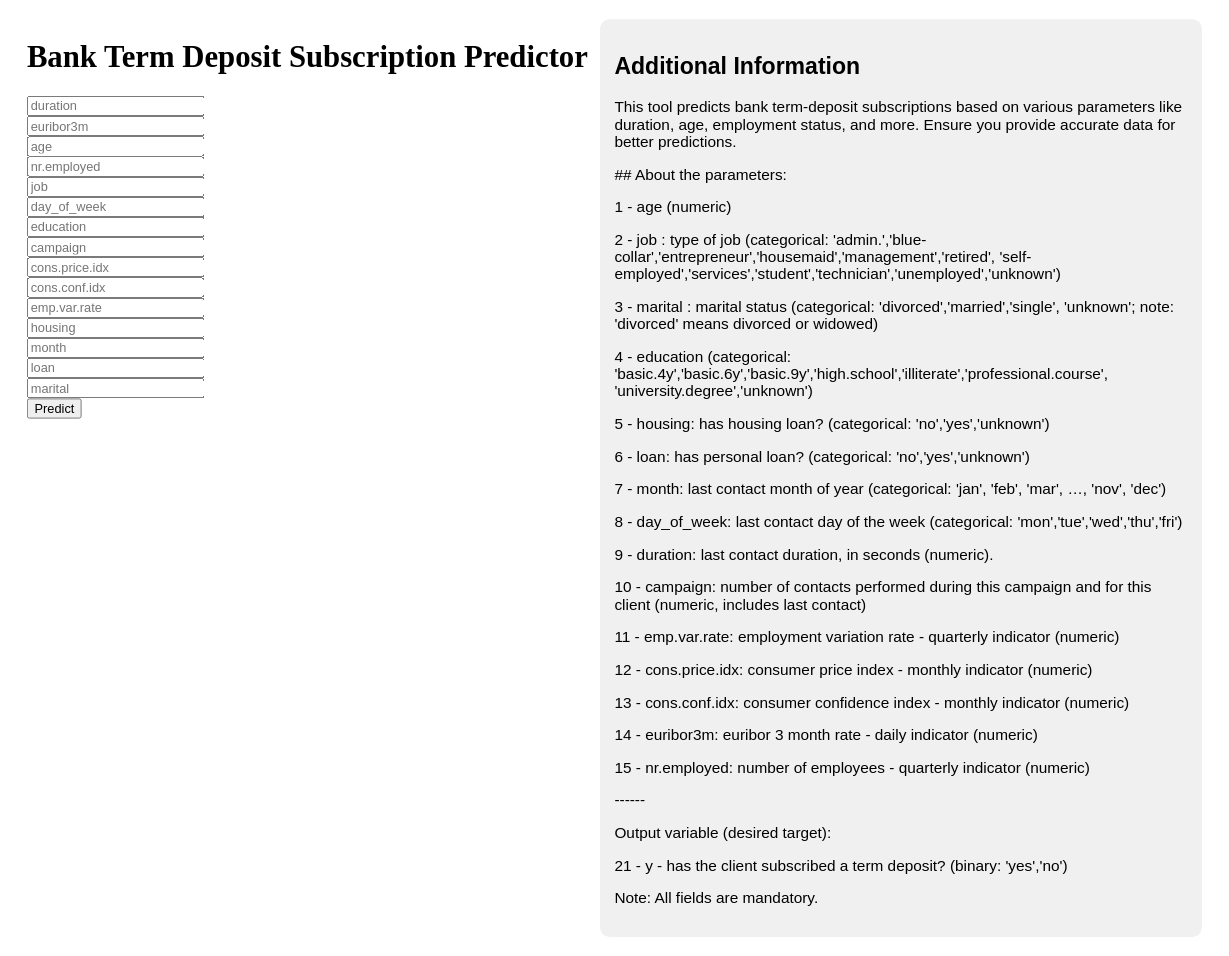
Repository: sameerhussain6/End-to-End-ML-Bank-term-Prediction
Page: templates/home.html
An editor plug-in stored every save of this project. The page is shown before and after the next save, followed by the edit.
The browser window is 1280 px wide. The pictures show the whole page, at 96% of full size.
Some web fonts or font styles are not loaded; a fallback is used. The template is drawn by Flask 3. The application's start-up code is not run. The template is opened directly, without the code that normally fills it, so the values that code supplies are empty.

Above is the page before, as saved 2025-01-31 19:36:44.

After the next save:
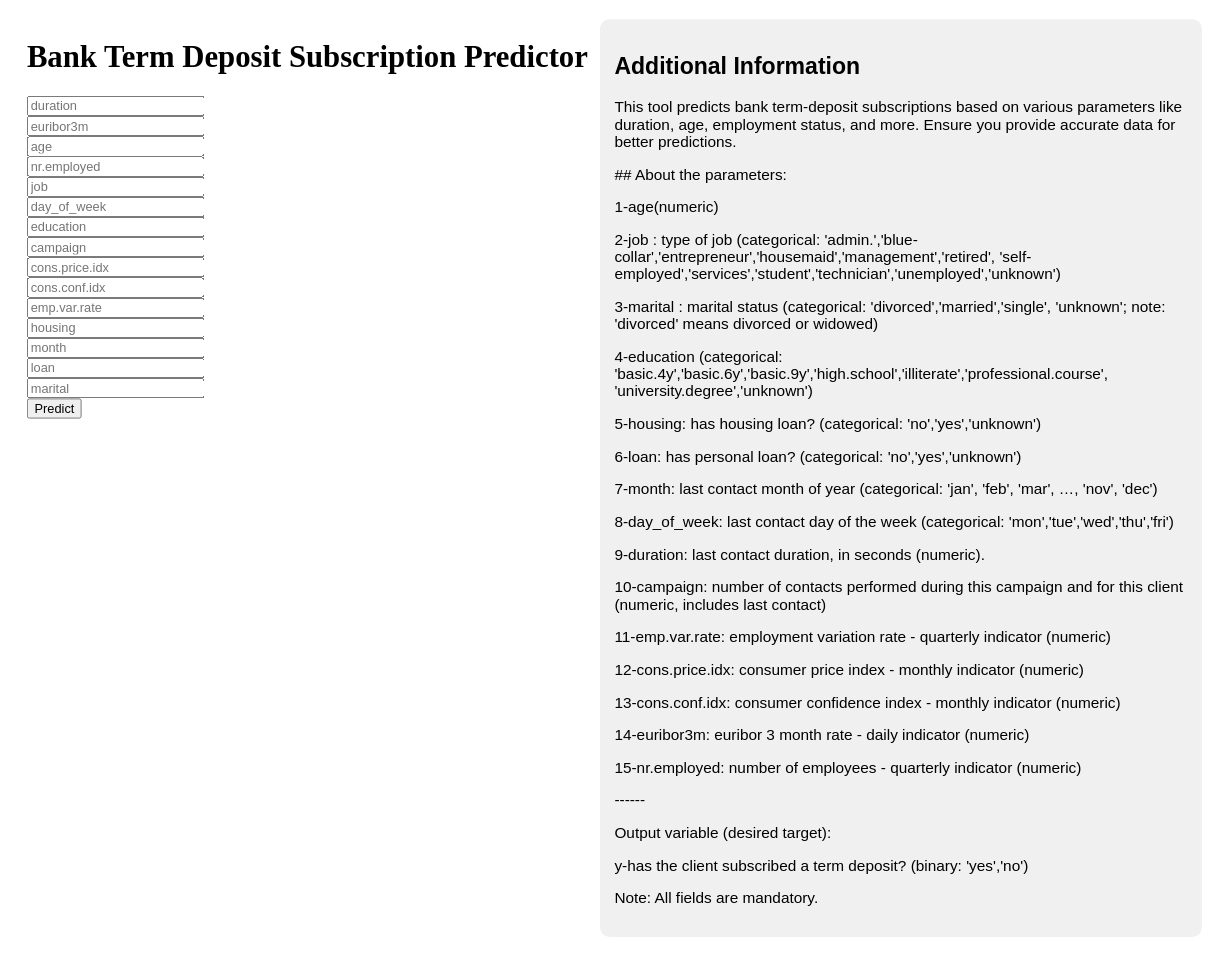
Saved 3 min 49 s later.
--- a/templates/home.html
+++ b/templates/home.html
@@ -56,34 +56,32 @@
     </div>
 
 
-
     <div class="info-box">
       <h2>Additional Information</h2>
       <p>This tool predicts bank term-deposit subscriptions based on various parameters like duration, age, employment status,
         and more. Ensure you provide accurate data for better predictions.</p>
       </p>## About the parameters:</p>
-    </p>1 - age (numeric)</p>
-    </p> 2 - job : type of job (categorical: 'admin.','blue-collar','entrepreneur','housemaid','management','retired',
+    </p>1-age(numeric)</p>
+    </p>2-job : type of job (categorical: 'admin.','blue-collar','entrepreneur','housemaid','management','retired',
                  'self-employed','services','student','technician','unemployed','unknown')</p>
-    </p>3 - marital : marital status (categorical: 'divorced','married','single',
+    </p>3-marital : marital status (categorical: 'divorced','married','single',
                    'unknown'; note: 'divorced' means divorced or widowed)</p>
-    </p>4 - education (categorical: 'basic.4y','basic.6y','basic.9y','high.school','illiterate','professional.course',
+    </p>4-education (categorical: 'basic.4y','basic.6y','basic.9y','high.school','illiterate','professional.course',
             'university.degree','unknown')</p>
-    </p>5 - housing: has housing loan? (categorical: 'no','yes','unknown')</p>
-    </p>6 - loan: has personal loan? (categorical: 'no','yes','unknown')</p>
-  </p>    7 - month: last contact month of year (categorical: 'jan', 'feb', 'mar', …, 'nov', 'dec')</p>
-</p>  8 - day_of_week: last contact day of the week (categorical: 'mon','tue','wed','thu','fri')</p>
-</p>    9 - duration: last contact duration, in seconds (numeric).</p>
-</p>    10 - campaign: number of contacts performed during this campaign and for this client (numeric, includes last contact)</p>
-</p>    11 - emp.var.rate: employment variation rate - quarterly indicator (numeric)</p>
-</p>    12 - cons.price.idx: consumer price index - monthly indicator (numeric)</p>
-</p>    13 - cons.conf.idx: consumer confidence index - monthly indicator (numeric)</p>
-</p>    14 - euribor3m: euribor 3 month rate - daily indicator (numeric)</p>
-</p>    15 - nr.employed: number of employees - quarterly indicator (numeric)</p>
+    </p>5-housing: has housing loan? (categorical: 'no','yes','unknown')</p>
+    </p>6-loan: has personal loan? (categorical: 'no','yes','unknown')</p>
+    </p>7-month: last contact month of year (categorical: 'jan', 'feb', 'mar', …, 'nov', 'dec')</p>
+    </p>8-day_of_week: last contact day of the week (categorical: 'mon','tue','wed','thu','fri')</p>
+    </p>9-duration: last contact duration, in seconds (numeric).</p>
+    </p>10-campaign: number of contacts performed during this campaign and for this client (numeric, includes last contact)</p>
+    </p>11-emp.var.rate: employment variation rate - quarterly indicator (numeric)</p>
+    </p>12-cons.price.idx: consumer price index - monthly indicator (numeric)</p>
+    </p>13-cons.conf.idx: consumer confidence index - monthly indicator (numeric)</p>
+    </p>14-euribor3m: euribor 3 month rate - daily indicator (numeric)</p>
+    </p>15-nr.employed: number of employees - quarterly indicator (numeric)</p>
         ------
-      </p>Output variable (desired target):</p>
-        21 - y - has the client subscribed a term deposit? (binary: 'yes','no')
-        </p>
+    </p>Output variable (desired target):</p>
+  </p>y-has the client subscribed a term deposit? (binary: 'yes','no')</p>
       <p>Note: All fields are mandatory.</p>
     </div>
   </div>
